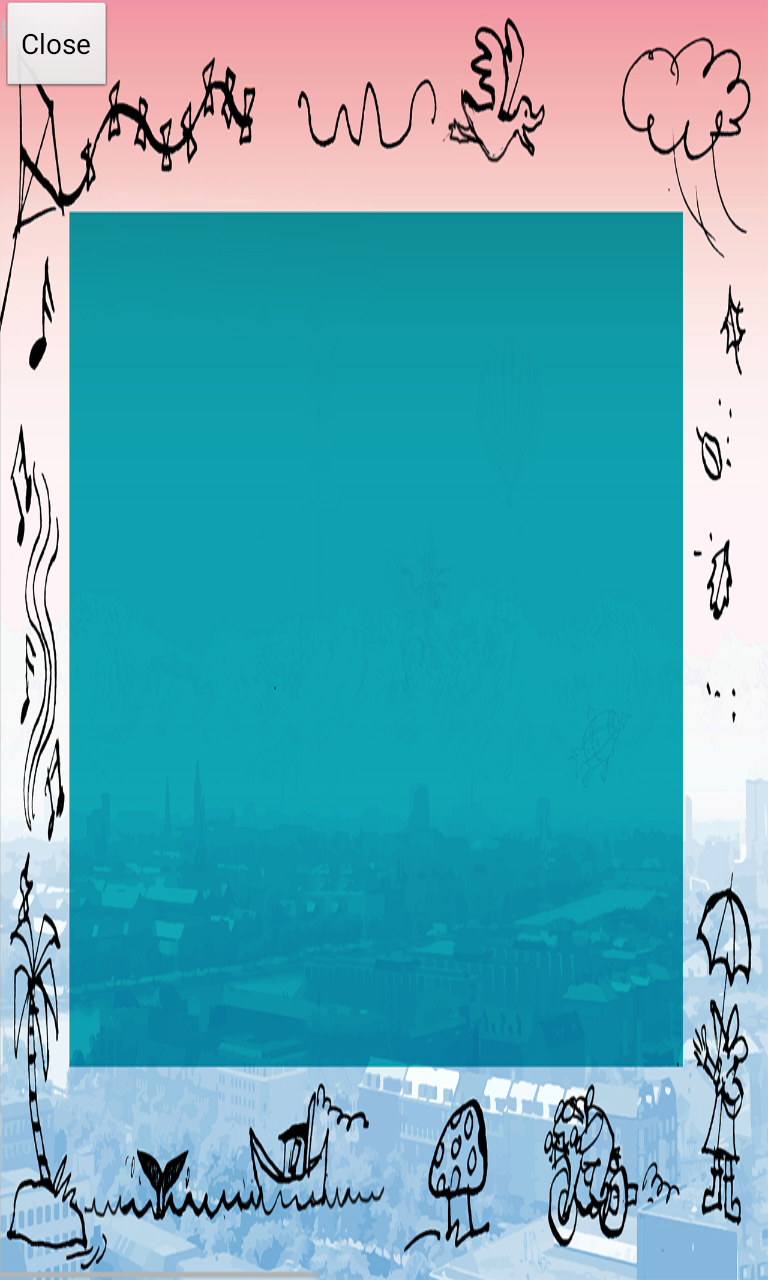
Repository: DreadMuffin/work
Layout: tablets/Historie/res/layout/popup1.xml
These files come from the project's save history. The layout is drawn as it stood at one moment and after the next save; the edit follows.
It is drawn on a 768 x 1280 px phone screen (xhdpi) without system bars, with theme android:Theme.NoTitleBar; the app's code is not run.

Above is the layout before, as saved 2015-02-26 04:23:29.

### tablets/Historie/res/layout/popup1.xml
<RelativeLayout xmlns:android="http://schemas.android.com/apk/res/android"
    android:id="@+id/popup_element1"
    xmlns:tools="http://schemas.android.com/tools"
    android:layout_width="match_parent"
    android:layout_height="match_parent"
    android:background="@drawable/popupwp"
    tools:context=".Historie" >

	<TextView
	android:id="@+id/txtView"
	android:layout_width="wrap_content"
	android:layout_height="wrap_content"
	android:layout_marginTop="5sp"
	android:text="Hello!" />

	<Button
	android:id="@+id/btn_close_popup"
	android:layout_width="wrap_content"
	android:layout_height="wrap_content"
	android:layout_gravity="center"
	android:text="Close" />

</RelativeLayout>

After the next save:
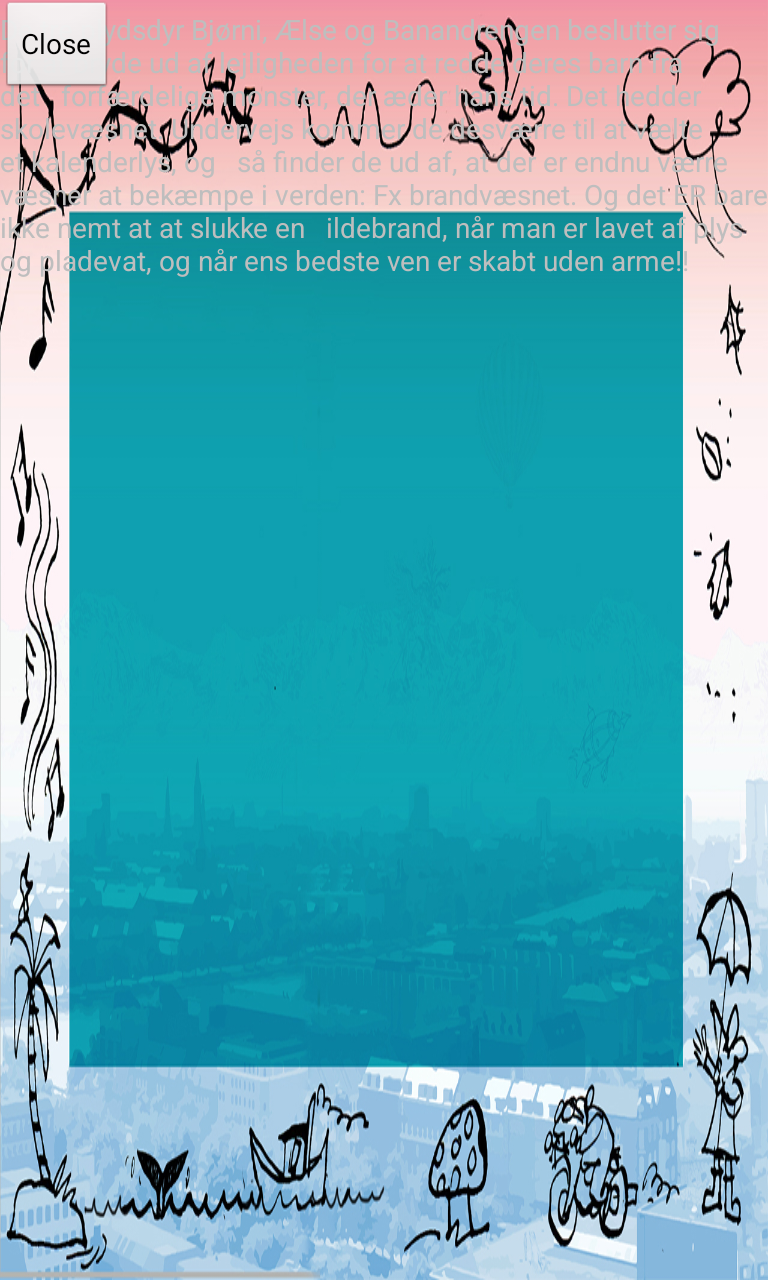
Saved 13 s later.
--- a/tablets/Historie/res/layout/popup1.xml
+++ b/tablets/Historie/res/layout/popup1.xml
@@ -11,7 +11,13 @@
 	android:layout_width="wrap_content"
 	android:layout_height="wrap_content"
 	android:layout_marginTop="5sp"
-	android:text="Hello!" />
+	android:text="De tre plydsdyr Bjørni, Ælse og Banandrengen beslutter sig for at bryde ud af lejligheden for at redde deres barn fra det
+
+forfærdelige monster, der æder hans tid. Det hedder skolevæsnet. Undervejs kommer de desværre til at vælte et kalenderlys, og
+
+så finder de ud af, at der er endnu værre væsner at bekæmpe i verden: Fx brandvæsnet. Og det ER bare ikke nemt at at slukke en
+
+ildebrand, når man er lavet af plys og pladevat, og når ens bedste ven er skabt uden arme!!" />
 
 	<Button
 	android:id="@+id/btn_close_popup"
